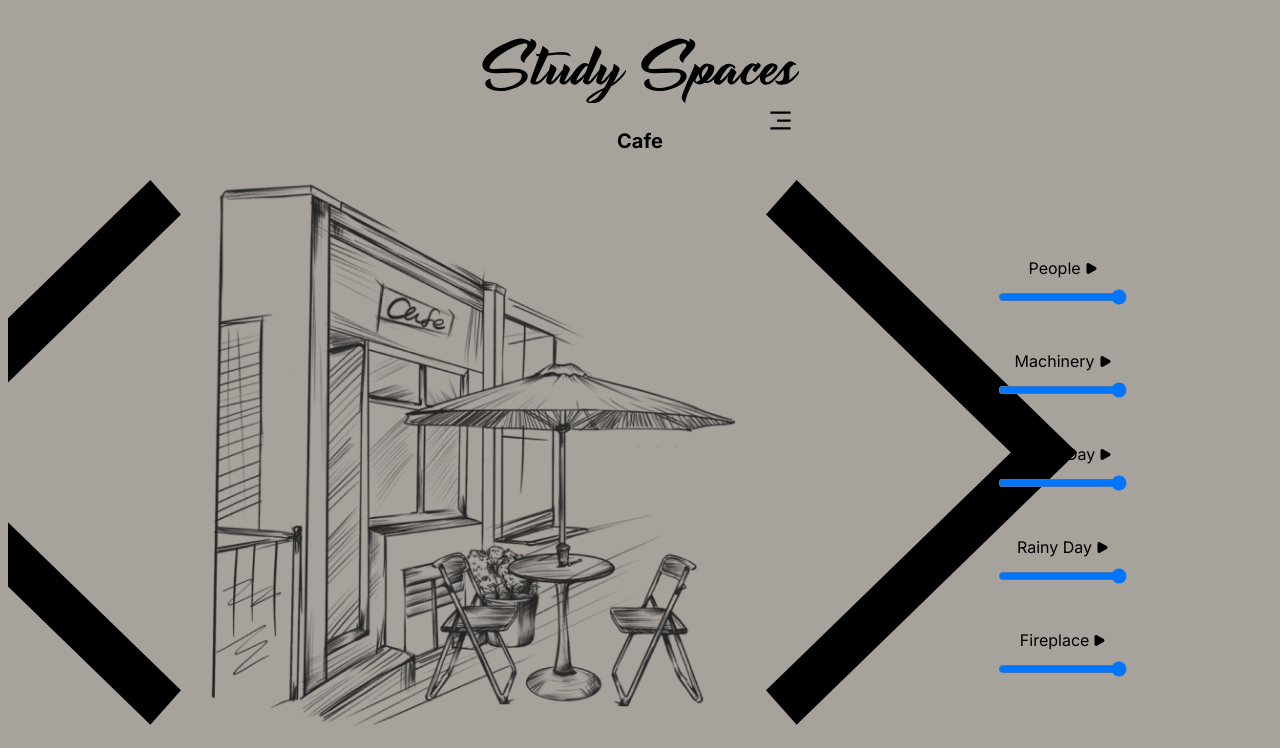
Repository: kaitlynlie/studyspaces
Page: / (app in studyspaces/)
These files come from the project's save history. The page is drawn as it stood at one moment and after the next save; the edit follows.
The browser window is 1280 px wide. The pictures show the whole page.
The project was rebuilt for these pictures with package versions that can differ from the ones it lists, and the page was loaded fresh each time. Also part of the build but not shown: studyspaces/vite.config.ts. Imported but missing from the stored project, and not drawn on this page: studyspaces/src/audio/fireplace.wav, studyspaces/src/audio/people.wav, studyspaces/src/audio/rain.wav, studyspaces/src/audio/softmachinery.mp3, studyspaces/src/audio/sun.wav.

Above is the page before, as saved 2023-09-28 11:05:58.

### studyspaces/index.html
<!DOCTYPE html>
<html lang="en">
  <head>
    <meta charset="UTF-8" />
    <link rel="icon" type="image/svg+xml" href="/vite.svg" />
    <meta name="viewport" content="width=device-width, initial-scale=1.0" />
    <title>Study Spaces</title>
  </head>
  <body>
    <div id="root"></div>
    <script type="module" src="/src/main.tsx"></script>
  </body>
</html>

### studyspaces/src/main.tsx
import React from 'react'
import ReactDOM from 'react-dom/client'
import App from './App'
import './index.scss'
import { BrowserRouter } from 'react-router-dom'

ReactDOM.createRoot(document.getElementById('root')!).render(
  <BrowserRouter>
    <App />
  </BrowserRouter>,
)

### studyspaces/src/App.tsx
import clsx from "clsx";
import { Route, Routes } from 'react-router-dom'
import React from "react";
import { Home } from "./pages/Home";
import { Navbar } from "./pages";

function App() {
  return (
    <>
      <div className={clsx("app", "w-full overflow-hidden")}>
          {/* <img
            src={tracks}
            alt='tracks'
            className={clsx(styles.tracks)}
          />  */}
        {/* <Navbar /> */}
        <Routes>
          <Route index path="/" element={<Home />} />
          {/* <Route path="about" element={<About />} />
          <Route path="membership" element={<Membership />} />
          <Route path="faq" element={<FAQ />} />
          <Route path="blog" element={<Blog />} />
          <Route path="careers" element={<Careers />} />
          <Route path='blog2' element={<Blog2 />} /> */}
      </Routes>
      </div>
    </>
  )
  }

export default App;

### studyspaces/src/index.scss
@import url("https://fonts.googleapis.com/css2?family=Inter:wght@400;500;600;700;800;900&display=swap");
// @import "./style/globals/general.scss";

@tailwind base;
@tailwind components;
@tailwind utilities;

:root {
  font-family: Inter;
  overflow-x: hidden;
}

@keyframes jump {
  0%, 100% {
    transform: translateY(0);
  }
  50% {
    transform: translateY(-20px);
  }
}

.jumping-word {
  display: inline-block;
  animation: jump 1s infinite;
}

### studyspaces/src/pages/Home.tsx
import styles from "./home.module.scss";
import clsx from "clsx";
import { title, coffee, leftarrow, rightarrow, play, pause } from "../assets";
import React, { ChangeEvent, useState, useRef } from 'react';
import { people, machinery, sunny, rainy, fire } from "../audio";
import { Navbar } from ".";

export function Home() {
  const [sliderValues, setSliderValues] = useState({
    peopleVolumeSlider: 1,
    machVolumeSlider: 1,
    sunnyVolumeSlider: 1,
    rainyVolumeSlider: 1,
    fireVolumeSlider: 1,
  });

  const handleSliderChange = (event: ChangeEvent<HTMLInputElement>) => {
    const { id, value } = event.target;
    setSliderValues((prevValues) => ({
      ...prevValues,
      [id]: parseFloat(value),
    }));
  };

  const [isPlaying, setIsPlaying] = useState<AudioState>({});

  interface AudioState {
    [key: string]: boolean;
  }

  const handlePlayButtonClick = (audioId: string) => {
    setIsPlaying((prevState) => ({
      ...prevState,
      [audioId]: !prevState[audioId] || !prevState[audioId],
    }));
  };

  return (
    <div className={clsx(styles.body)}>
        <section className={clsx(styles.home)}>
          <div className={clsx(styles.header)}>
            <img src={title} className={clsx(styles.title)}/>
            <Navbar />
            </div>
            <h4>Cafe</h4>
            <div className={clsx(styles.content)}>
              <div className={clsx(styles.hero)}>
                <img id="leftArrow" src={leftarrow} />
                <img src={coffee} className={clsx(styles.coffee)} />
                <img id="rightArrow" src={rightarrow} />
              </div>

              <div className={clsx(styles.audiolist)}>
                <div className={clsx(styles.audio)}>
                  <div className={clsx(styles.title)}>
                    <p>People</p>
                    <img
                      src={play}
                      width="11"
                      height="11"
                      id="peoplePlayButton"
                      onClick={() => handlePlayButtonClick("peopleAudioPlayer")}                    />
                  </div>
                  <audio id="peopleAudioPlayer">
                    <source src={people} type="audio/wav" />
                  </audio>
                  <input
                    type="range"
                    id="peopleVolumeSlider"
                    min={0}
                    max={1}
                    step={0.1}
                    value={sliderValues.peopleVolumeSlider}
                    onChange={handleSliderChange}
                  />
                </div>

                <div className={clsx(styles.audio)}>
                  <div className={clsx(styles.title)}>
                    <p>Machinery</p>
                    <img
                      src={play}
                      width="11"
                      height="11"
                      id="machPlayButton"
                      onClick={() => handlePlayButtonClick("machAudioPlayer")}
                    />
                  </div>
                  <audio id="machAudioPlayer">
                    <source src={machinery} type="audio/mp3" />
                  </audio>
                  <input
                    type="range"
                    id="machVolumeSlider"
                    min={0}
                    max={1}
                    step={0.1}
                    value={sliderValues.machVolumeSlider}
                    onChange={handleSliderChange}
                  />
                </div>

                <div className={clsx(styles.audio)}>
                  <div className={clsx(styles.title)}>
                    <p>Sunny Day</p>
                    <img
                      src={play}
                      width="11"
                      height="11"
                      id="sunnyPlayButton"
                      onClick={() => handlePlayButtonClick("sunnyAudioPlayer")}
                    />
                  </div>
                  <audio id="sunnyAudioPlayer">
                    <source src={sunny} type="audio/wav" />
                  </audio>
                  <input
                    type="range"
                    id="sunnyVolumeSlider"
                    min={0}
                    max={1}
                    step={0.1}
                    value={sliderValues.sunnyVolumeSlider}
                    onChange={handleSliderChange}
                  />
                </div>

                <div className={clsx(styles.audio)}>
                  <div className={clsx(styles.title)}>
                    <p>Rainy Day</p>
                    <img
                      src={play}
                      width="11"
                      height="11"
                      id="rainyPlayButton"
                      onClick={() => handlePlayButtonClick("rainyAudioPlayer")}
                    />
                  </div>
                  <audio id="rainyAudioPlayer">
                    <source src={rainy} type="audio/wav" />
                  </audio>
                  <input
                    type="range"
                    id="rainyVolumeSlider"
                    min={0}
                    max={1}
                    step={0.1}
                    value={sliderValues.rainyVolumeSlider}
                    onChange={handleSliderChange}
                  />
                </div>

                <div className={clsx(styles.audio)}>
                  <div className={clsx(styles.title)}>
                    <p>Fireplace</p>
                    <img
                      src={play}
                      width="11"
                      height="11"
                      id="firePlayButton"
                      onClick={() => handlePlayButtonClick("fireAudioPlayer")}
                    />
                  </div>
                  <audio id="fireAudioPlayer">
                    <source src={fire} type="audio/wav" />
                  </audio>
                  <input
                    type="range"
                    id="fireVolumeSlider"
                    min={0}
                    max={1}
                    step={0.1}
                    value={sliderValues.fireVolumeSlider}
                    onChange={handleSliderChange}
                  />
                </div>
              </div>
            </div>
        </section>
    </div>
  );
}

### studyspaces/src/pages/home.module.scss
body {
    background-color: rgb(168, 162, 157);
    section.home {
        padding: 10px;
        display: flex;
        flex-direction: column;
        justify-content: center;
        align-items: center;
        overflow-y: hidden;
        .title {
            margin-top: 20px;
        }
        h4 {
            text-align: center;
            font-size: 20px;
            font-weight: 700;
            margin-top: -5px;
        }
        .content {
            display: flex;
            justify-content: space-between;
            gap: 200px;
            transition: gap 0.3s ease;
            // @media (max-width: 1089px) {
            //     gap: 50px;
            // }
            // @media (max-width: 919px) {
            //   flex-direction: column;
            // }
            .hero {
                display: flex;
                justify-content: center;
                gap: 30px;
                .coffee {
                    max-width: 550px;
                    max-height: 550px;
                    width: 100%;
                    height: 100%;
                    @media (max-width: 664px) {
                        max-width: 300px;
                        max-height: 300px;
                    }
                }
            }
            .audiolist {
                display: flex;
                flex-direction: column;
                align-items: center;
                justify-content: center;
                .audio {
                    display: flex;
                    flex-direction: column;
                    justify-content: center;
                    align-items: center;
                    .title {
                        display: flex;
                        flex-direction: row;
                        justify-content: center;
                        align-items: center;
                        gap: 5px;
                        img {
                            cursor: pointer;
                        }
                        .custom-range-slider {
                            appearance: none;
                            width: 100%;
                            height: 8px;
                            border-radius: 5px;
                            background-color: black;
                            outline: none;
                          }

                          .custom-range-slider::-webkit-slider-thumb {
                            appearance: none;
                            width: 16px;
                            height: 16px;
                            border-radius: 50%;
                            background-color: white;
                            cursor: pointer;
                          }

                          .custom-range-slider::-moz-range-thumb {
                            width: 16px;
                            height: 16px;
                            border-radius: 50%;
                            background-color: white;
                            cursor: pointer;
                          }

                          .custom-range-slider::-ms-thumb {
                            width: 16px;
                            height: 16px;
                            border-radius: 50%;
                            background-color: white;
                            cursor: pointer;
                          }
                        #peopleVolumeSlider {
                            -webkit-appearance: none;
                            appearance: none;
                            width: 100%;
                            height: 5px;
                            background-color: black; /* Set the default color of the track/bar */
                            outline: none;
                            position: relative;
                          }

                          #peopleVolumeSlider::-webkit-slider-thumb {
                            -webkit-appearance: none;
                            appearance: none;
                            width: 12px;
                            height: 12px;
                            background-color: black; /* Set the color of the slider thumb */
                            cursor: pointer;
                            border-radius: 50%;
                            position: relative;
                            z-index: 1;
                          }

                          #sunnyVolumeSlider {
                            -webkit-appearance: none;
                            appearance: none;
                            width: 100%;
                            height: 5px;
                            background-color: black; /* Set the default color of the track/bar */
                            outline: none;
                            position: relative;
                          }

                          #sunnyVolumeSlider::-webkit-slider-thumb {
                            -webkit-appearance: none;
                            appearance: none;
                            width: 12px;
                            height: 12px;
                            background-color: black; /* Set the color of the slider thumb */
                            cursor: pointer;
                            border-radius: 50%;
                            position: relative;
                            z-index: 1;
                          }

                          #rainyVolumeSlider {
                            -webkit-appearance: none;
                            appearance: none;
                            width: 100%;
                            height: 5px;
                            background-color: black; /* Set the default color of the track/bar */
                            outline: none;
                            position: relative;
                          }

                          #rainyVolumeSlider::-webkit-slider-thumb {
                            -webkit-appearance: none;
                            appearance: none;
                            width: 12px;
                            height: 12px;
                            background-color: black; /* Set the color of the slider thumb */
                            cursor: pointer;
                            border-radius: 50%;
                            position: relative;
                            z-index: 1;
                          }

                          #machVolumeSlider {
                            -webkit-appearance: none;
                            appearance: none;
                            width: 100%;
                            height: 5px;
                            background-color: black; /* Set the default color of the track/bar */
                            outline: none;
                            position: relative;
                          }

                          #machVolumeSlider::-webkit-slider-thumb {
                            -webkit-appearance: none;
                            appearance: none;
                            width: 12px;
                            height: 12px;
                            background-color: black; /* Set the color of the slider thumb */
                            cursor: pointer;
                            border-radius: 50%;
                            position: relative;
                            z-index: 1;
                          }

                          #fireVolumeSlider {
                            -webkit-appearance: none;
                            appearance: none;
                            width: 100%;
                            height: 5px;
                            background-color: black; /* Set the default color of the track/bar */
                            outline: none;
                            position: relative;
                          }

                          #fireVolumeSlider::-webkit-slider-thumb {
                            -webkit-appearance: none;
                            appearance: none;
                            width: 12px;
                            height: 12px;
                            background-color: black; /* Set the color of the slider thumb */
                            cursor: pointer;
                            border-radius: 50%;
                            position: relative;
                            z-index: 1;
                          }
                    }
                    input {
                        margin-top: -5px;
                        margin-bottom: 10px
                    }
                }
            }
        }
    }
}

### studyspaces/src/assets/index.ts
import title from './title.svg'
import coffee from './coffee.png'
import leftarrow from './leftarrow.svg'
import rightarrow from './rightarrow.svg'
import play from './play.svg'
import pause from './pause.svg'

export {
    title,
    coffee,
    leftarrow,
    rightarrow,
    play,
    pause
}

### studyspaces/src/audio/index.ts
import people from './people.wav'
import machinery from './softmachinery.mp3'
import sunny from './sun.wav'
import rainy from './rain.wav'
import fire from './fireplace.wav'

export {
    people,
    machinery,
    sunny,
    rainy,
    fire
}

### studyspaces/src/pages/index.ts
import Navbar from "./Navbar";

export {
    Navbar
}

### studyspaces/src/pages/Navbar.tsx
import React from 'react'
import styles from './Navbar.module.scss'
import clsx from 'clsx'
import { title } from '../assets'
import { Link } from 'react-router-dom'
import { useState } from 'react'
import { RiMenu3Line, RiCloseLine } from 'react-icons/ri';

const Navbar = () => {
  const [toggleMenu, setToggleMenu] = useState(false);
  const [nav, setNav] = useState(false);

  const openNav = () => {
    setNav(!nav);
  };

  return (
    <nav className={clsx(styles.navbar)}>
    <div className={clsx(styles.toggle)}>
        {toggleMenu
          ? <RiCloseLine color="#000" size={27} onClick={() => setToggleMenu(false)} />
          : <RiMenu3Line color="#000" size={27} onClick={() => setToggleMenu(true)} />}
        {toggleMenu && (
        <div className={clsx(styles.box)}>
          <div className="none">
            <ul className={clsx(styles.dropdown)}>
            <Link onClick={openNav} to='/'><li><a>Home</a></li></Link>
            <Link onClick={openNav} to='/about'><li><a>About</a></li></Link>
            <Link onClick={openNav} to='/membership'><li><a>Todo</a></li></Link>
            <Link onClick={openNav} to='/faq'><li><a>Timer</a></li></Link>
            </ul>
          </div>
        </div>
        )}
        </div>
  </nav>
  )
}

export default Navbar

### studyspaces/src/pages/Navbar.module.scss
nav.navbar {
    display: flex;
    flex-direction: row;
    align-items: center;
    justify-content: flex-end;
    z-index: 10;
    .components {
      display: flex;
      flex-direction: row;
      gap: 30px;
      font-size: 20px;
      font-weight: 500;
      line-height: 130%;
      z-index: 10;
      cursor: pointer;
      margin-right: 30px;
      a {
        z-index: 10;
        list-style-type: none;
        text-decoration: none;
        color: inherit;
      }
      @media (max-width: 1156px) {
        display: none;
      }
    }
    .signin {
      display: flex;
      flex-direction: row;
      align-items: center;
      gap: 10px;
      font-size: 20px;
      font-weight: 500;
      line-height: 130%;
      z-index: 10;
      cursor: pointer;
      @media (max-width: 1156px) {
        display: none;
      }
      .button {
        border-radius: 5px;
        background: #184171;
        width: 150px;
        height: 49px;
        color: white;
        margin-right: 5px;
        z-index: 10;
      }
    }
    .toggle {
        display: flex;
        justify-content: flex-end;
        align-items: center;
        flex-direction: row;
      position: relative;
      cursor: pointer;
      z-index: 10;
      margin-left: 20px;
      margin-right: 5px;
      .box {
        display: flex;
        justify-content: flex-end;
        align-items: flex-end;
        flex-direction: column;
        text-align: end;
        background-color: #ffffffc9;
        padding: 30px;
        position: absolute;
        top: 40px;
        right: 10px;
        border-radius: 5px;
        box-shadow: 0 10px 20px 0 rgba(0,0,0,0.5);
        z-index: 10;
        .dropdown {
          display: flex;
          justify-content: flex-end;
          align-items: flex-end;
          flex-direction: column;
          color: white;
          text-align: end;
          padding: 1px;
          li {
            margin-top: 8px;
            list-style-type: none;
            text-decoration: none;
            color: black;
          }
        }
      }
    }
  }

After the next save:
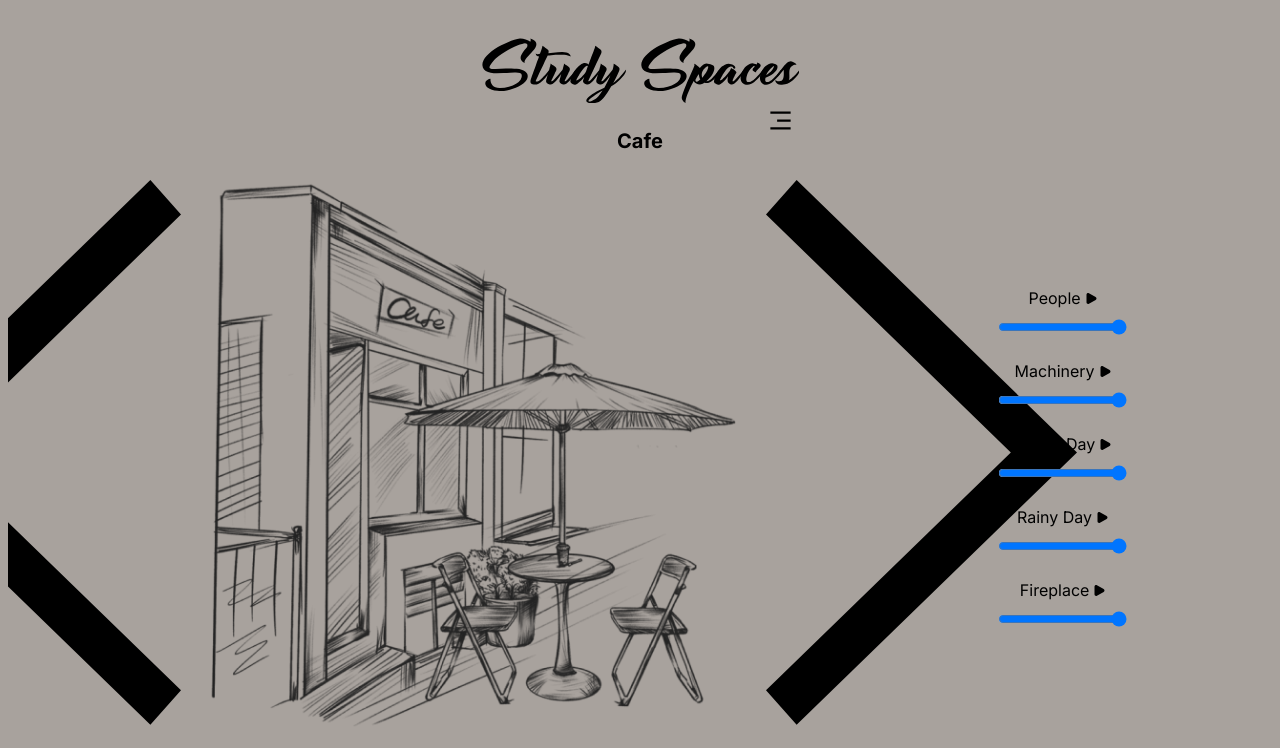
Saved 31 s later.
--- a/studyspaces/src/pages/home.module.scss
+++ b/studyspaces/src/pages/home.module.scss
@@ -7,8 +7,10 @@ body {
         justify-content: center;
         align-items: center;
         overflow-y: hidden;
-        .title {
-            margin-top: 20px;
+        .header {
+          .title {
+              margin-top: 20px;
+          }
         }
         h4 {
             text-align: center;
